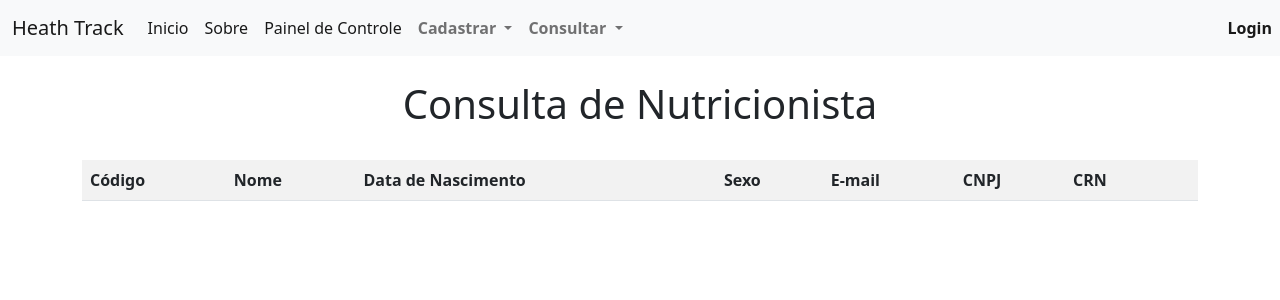
Repository: FellipySantos/HealthTrack_Finalizado
Page: http://localhost/JSPs/treinador?acao=listar
An editor plug-in stored every save of this project. The page is shown before and after the next save, followed by the edit.
The browser window is 1280 px wide. The pictures show the whole page.
The page is served by Tomcat 9. Queries for data that is not in the repository find no rows.

Above is the page before, as saved 2021-11-16 02:29:53.

After the next save:
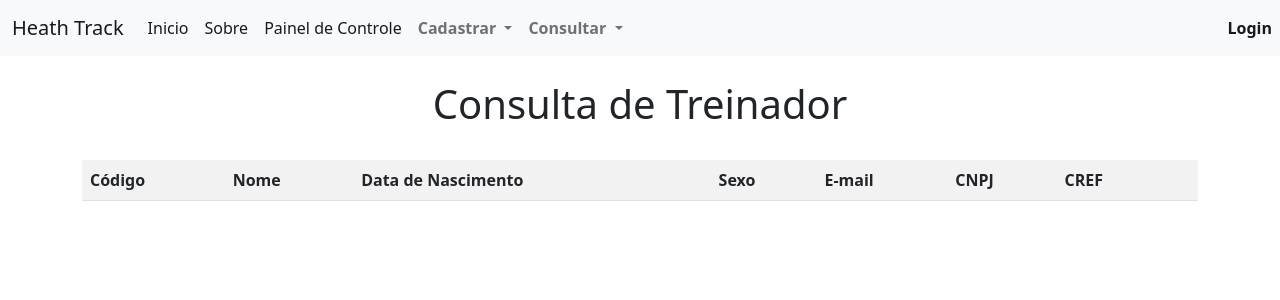
Saved 5 min 57 s later.
--- a/JSP/JSPs/WebContent/lista-treinador.jsp
+++ b/JSP/JSPs/WebContent/lista-treinador.jsp
@@ -6,7 +6,7 @@
 <html>
 <head>
 <meta http-equiv="Content-Type" content="text/html; charset=ISO-8859-1">
-<title>Consulta de Nutricionista</title>
+<title>Consulta de Treinador</title>
 <%@ include file="header.jsp" %>
 </head>
 <body>
@@ -14,7 +14,7 @@
 <%@ include file="menu.jsp" %>
 	<div class="container">
 	    <br>
-		<center><h1>Consulta de Nutricionista</h1></center>
+		<center><h1>Consulta de Treinador</h1></center>
 		<br>
 		<c:if test="${not empty msg }">
 			<div class="alert alert-success">${msg}</div>
@@ -30,7 +30,7 @@
 				<th>Sexo</th>
 				<th>E-mail</th>
 				<th>CNPJ</th>
-				<th>CRN</th>
+				<th>CREF</th>
 				<th></th>
 			</tr>
 			<c:forEach items="${nutri}" var="p">
@@ -41,10 +41,10 @@
 					<td>${p.sexo}</td>
 					<td>${p.email}</td>
 					<td>${p.cnpj}</td>
-					<td>${p.crn}</td>
+					<td>${p.cref}</td>
 
 					<td>
-						<c:url value="nutri" var="link">
+						<c:url value="treinador" var="link">
 							<c:param name="acao" value="abrir-form-edicao"/>
 							<c:param name="codigo" value="${p.userID}"/>
 						</c:url>
@@ -70,10 +70,10 @@
         </button>
       </div>
       <div class="modal-body">
-        		Deseja realmente excluir esse Nutricionista?
+        		Deseja realmente excluir esse Treinador?
       </div>
       <div class="modal-footer">
-      	<form action="nutri" method="post">
+      	<form action="treinador" method="post">
       		<input type="hidden" name="acao" value="excluir">
       		<input type="hidden" name="codigo" id="codigoExcluir">
 	        <button type="button" class="btn btn-secondary" data-dismiss="modal">Cancelar</button>
